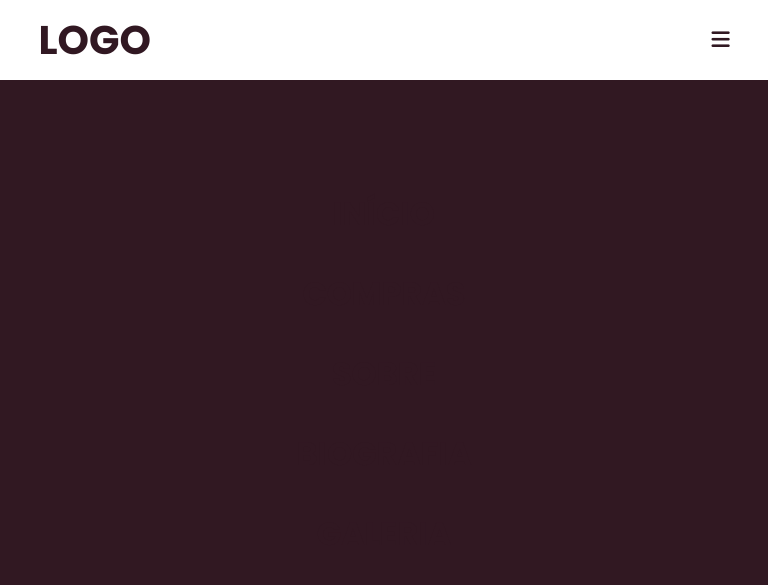
Repository: Matheus904-12/Teste
Page: teste.html
The author's editor kept a copy of each file at every save. The page is drawn from the files as they stood at one save, then again after a run of saves.
The browser window is 768 px wide. The pictures show the whole page.
Some web libraries are served in a nearby version.

Above is the page before, as saved 2023-11-01 10:23:18.

After the next 3 saves:
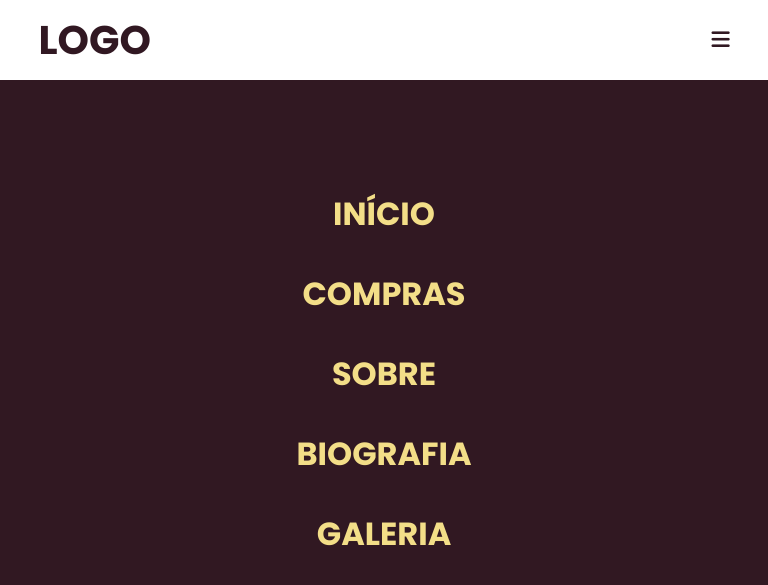
The 3 saves are shown as one change because they came seconds apart.
The last was saved 13 s later.
--- a/css.css
+++ b/css.css
@@ -94,6 +94,6 @@ header nav #toggle {
         font-size: 2rem;
         font-weight: 700;
         text-transform: uppercase;
-        color:
+        color: #f3de88
     }
 }
